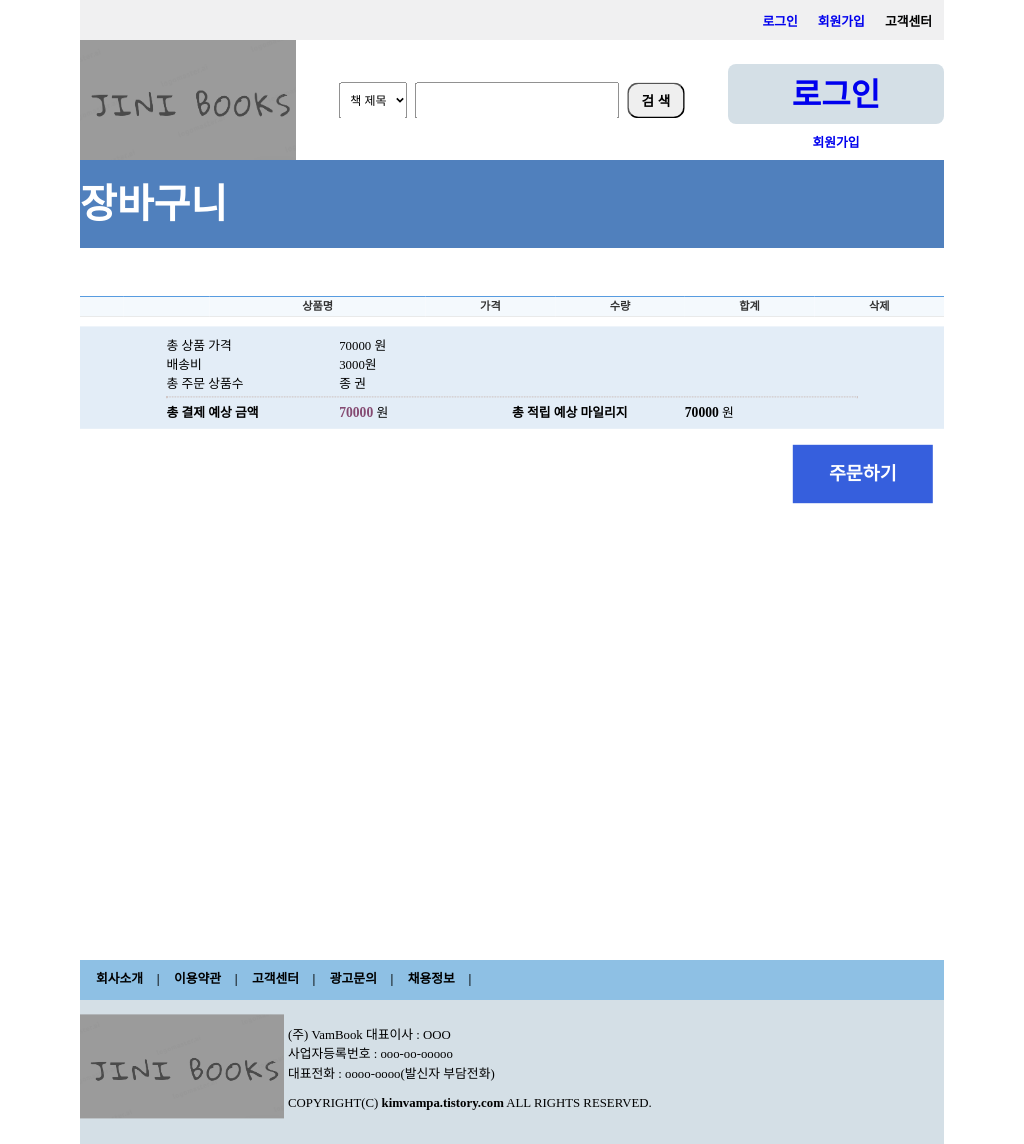
Repository: leechanjin7/ShoppingMall
Page: http://localhost/ShoppingMall/WEB-INF/views/cart.jsp
These files come from the project's save history. The page is drawn as it stood at one moment and after the next save; the edit follows.
The browser window is 1280 px wide. The pictures show the whole page, at 80% of full size.
The page is served by Tomcat 9. Nobody is signed in. Other server files are loaded and not shown. The template is opened directly, without the code that normally fills it, so the values that code supplies are empty.

Above is the page before, as saved 2023-09-12 05:53:15.
Console error: SyntaxError: Unexpected end of input

### workspace/ShoppingMall/src/main/webapp/WEB-INF/views/cart.jsp
<%@ page language="java" contentType="text/html; charset=UTF-8"
	pageEncoding="UTF-8"%>
<%@ taglib uri="http://java.sun.com/jsp/jstl/core" prefix="c"%>
<%@ taglib prefix="fmt" uri="http://java.sun.com/jsp/jstl/fmt"%>
<!DOCTYPE html>
<html>
<head>
<meta charset="UTF-8">
<title>Welcome BookMall</title>
<link rel="stylesheet" href="/resources/css/cart.css">
<script src="https://code.jquery.com/jquery-3.4.1.js"
	integrity="sha256-WpOohJOqMqqyKL9FccASB9O0KwACQJpFTUBLTYOVvVU="
	crossorigin="anonymous"></script>
</head>
<body>

	<div class="wrapper">
		<div class="wrap">
			<div class="top_gnb_area">
				<ul class="list">
					<c:if test="${member == null}">
						<!-- 로그인 x -->
						<li><a href="/member/login">로그인</a></li>
						<li><a href="/member/join">회원가입</a></li>
					</c:if>
					<c:if test="${member != null }">
						<!-- 로그인 o -->
						<c:if test="${member.adminCk == 1 }">
							<!-- 관리자 계정 -->
							<li><a href="/admin/main">관리자 페이지</a></li>
						</c:if>
						<li><a id="gnb_logout_button">로그아웃</a></li>
						<li>마이룸</li>
						<li><a href="/cart/${member.memberId}">장바구니</a></li>
					</c:if>
					<li>고객센터</li>
				</ul>
			</div>
			<div class="top_area">
				<!-- 로고영역 -->
				<div class="logo_area">
					<a href="/main"><img src="/resources/img/mLogo.png"></a>
				</div>
				<div class="search_area">
					<div class="search_wrap">
						<form id="searchForm" action="/search" method="get">
							<div class="search_input">
								<select name="type">
									<option value="T">책 제목</option>
									<option value="A">작가</option>
								</select> <input type="text" name="keyword"
									value="<c:out value="${pageMaker.cri.keyword}"/>">
								<button class='btn search_btn'>검 색</button>
							</div>
						</form>
					</div>
				</div>
				<div class="login_area">

					<!-- 로그인 하지 않은 상태 -->
					<c:if test="${member == null }">
						<div class="login_button">
							<a href="/member/login">로그인</a>
						</div>
						<span><a href="/member/join">회원가입</a></span>
					</c:if>

					<!-- 로그인한 상태 -->
					<c:if test="${ member != null }">
						<div class="login_success_area">
							<span>회원 : ${member.memberName}</span> <span>충전금액 : <fmt:formatNumber
									value="${member.money }" pattern="\#,###.##" /></span> <span>포인트
								: <fmt:formatNumber value="${member.point }" pattern="#,###" />
							</span> <a href="/member/logout.do">로그아웃</a>
						</div>
					</c:if>

				</div>
				<div class="clearfix"></div>
			</div>
			<div class="content_area">


				<div class="content_subject"><span>장바구니</span></div>
				<!-- 장바구니 리스트 -->
				<div class="content_middle_section"></div>
				<!-- 장바구니 가격 합계 -->
				<!-- cartInfo -->
				<div class="content_totalCount_section">

					<table class="subject_table">
						<caption>표 제목 부분</caption>
						<tbody>

							<tr>
								<th class="td_width_1"></th>
								<th class="td_width_2"></th>
								<th class="td_width_3">상품명</th>
								<th class="td_width_4">가격</th>
								<th class="td_width_4">수량</th>
								<th class="td_width_4">합계</th>
								<th class="td_width_4">삭제</th>
							</tr>
						</tbody>
					</table>
					<table class="cart_table">
						<caption>표 내용 부분</caption>
						<tbody>
							<c:forEach items="${cartInfo}" var="ci">
								<tr>
									<td class="td_width_1 cart_info_td">
										<input type="hidden" class="individual_bookPrice_input" value="${ci.bookPrice}">
										<input type="hidden" class="individual_salePrice_input" value="${ci.salePrice}">
										<input type="hidden" class="individual_bookCount_input" value="${ci.bookCount}">
										<input type="hidden" class="individual_totalPrice_input" value="${ci.salePrice * ci.bookCount}">
										<input type="hidden" class="individual_point_input" value="${ci.point}">
										<input type="hidden" class="individual_totalPoint_input" value="${ci.totalPoint}">
									</td>
									<td class="td_width_2"></td>
									<td class="td_width_3">${ci.bookName}</td>
									<td class="td_width_4 price_td">
										<del>정가 : <fmt:formatNumber value="${ci.bookPrice}" pattern="#,### 원" /></del><br>
										판매가 : <span class="red_color"><fmt:formatNumber value="${ci.salePrice}" pattern="#,### 원" /></span><br>
										마일리지 : <span class="green_color"><fmt:formatNumber value="${ci.point}" pattern="#,###" /></span>
									</td>
									<td class="td_width_4 table_text_align_center">
										<div class="table_text_align_center quantity_div">
											<input type="text" value="${ci.bookCount}" class="quantity_input">
											<button class="quantity_btn plus_btn">+</button>
											<button class="quantity_btn minus_btn">-</button>
										</div>
										<a class="quantity_modify_btn">변경</a>
									</td>
									<td class="td_width_4 table_text_align_center">
										<fmt:formatNumber value="${ci.salePrice * ci.bookCount}" pattern="#,### 원" />
									</td>
									<td class="td_width_4 table_text_align_center delete_btn"><button>삭제</button></td>
								</tr>
							</c:forEach>
						</tbody>
					</table>
					<table class="list_table">
					</table>
				</div>
				<!-- 가격 종합 -->
				<div class="content_total_section">
					<div class="total_wrap">
						<table>
							<tr>
								<td>
									<table>
										<tr>
											<td>총 상품 가격</td>
											<td>
												<span class="totalPrice_span">70000</span> 원
											</td>
										</tr>
										<tr>
											<td>배송비</td>
											<td>
												<span class="delivery_price">3000</span>원
											</td>
										</tr>
										<tr>
											<td>총 주문 상품수</td>
											<td><span class="totalKind_span"></span>종 <span class="totalCount_span"></span>권</td>
										</tr>
									</table>
								</td>
								<td>
									<table>
										<tr>
											<td></td>
											<td></td>
										</tr>
									</table>
								</td>
							</tr>
						</table>
						<div class="boundary_div">구분선</div>
						<table>
							<tr>
								<td>
									<table>
										<tbody>
											<tr>
												<td>
													<strong>총 결제 예상 금액</strong>
												</td>
												<td>
													<span class="finalTotalPrice_span">70000</span> 원
												</td>
											</tr>
										</tbody>
									</table>
								</td>
								<td>
									<table>
										<tbody>
											<tr>
												<td>
													<strong>총 적립 예상 마일리지</strong>

												</td>
												<td>
													<span class="totalPoint_span">70000</span> 원
												</td>
											</tr>
										</tbody>
									</table>
								</td>
							</tr>
						</table>
					</div>
				</div>
				<!-- 구매 버튼 영역 -->
				<div class="content_btn_section">
					<a>주문하기</a>
				</div>


			</div>

			<!-- Footer 영역 -->
			<div class="footer_nav">
				<div class="footer_nav_container">
					<ul>
						<li>회사소개</li>
						<span class="line">|</span>
						<li>이용약관</li>
						<span class="line">|</span>
						<li>고객센터</li>
						<span class="line">|</span>
						<li>광고문의</li>
						<span class="line">|</span>
						<li>채용정보</li>
						<span class="line">|</span>
					</ul>
				</div>
			</div>
			<!-- class="footer_nav" -->

			<div class="footer">
				<div class="footer_container">

					<div class="footer_left">
						<img src="/resources/img/Logo.png">
					</div>
					<div class="footer_right">
						(주) VamBook 대표이사 : OOO <br> 사업자등록번호 : ooo-oo-ooooo <br>
						대표전화 : oooo-oooo(발신자 부담전화) <br> <br> COPYRIGHT(C) <strong>kimvampa.tistory.com</strong>
						ALL RIGHTS RESERVED.
					</div>
					<div class="clearfix"></div>
				</div>
			</div>
			<!-- class="footer" -->

		</div>
		<!-- class="wrap" -->
	</div>
	<!-- class="wrapper" -->

	<script>

	$(document).ready(function(){
		let totalPrice = 0;				// 총 가격
		let totalCount = 0;				// 총 갯수
		let totalKind = 0;				// 총 종류
		let totalPoint = 0;				// 총 마일리지
		let deliveryPrice = 0;			// 배송비
		let finalTotalPrice = 0; 		// 최종 가격(총 가격 + 배송비)

		$(".cart_info_td").each(function(index, element){

			// 총 가격
			totalPrice += parseInt($(element).find(".individual_totalPrice_input").val());
			// 총 갯수
			totalCount += parseInt($(element).find(".individual_bookCount_input").val());
			// 총 종류
			totalKind += 1;
			// 총 마일리지
			totalPoint += parseInt($(element).find(".individual_totalPoint_input").val());
	});
		/* 배송비 결정 */
		if(totalPrice >= 30000){
			deliveryPrice = 0;
		} else if(totalPrice == 0){
			deliveryPrice = 0;
		} else {
			deliveryPrice = 3000;
		}

		/* 최종 가격 */
		finalTotalPrice = totalPrice + deliveryPrice;

		/* 값 삽입 */
		// 총 가격
		$(".totalPrice_span").text(totalPrice.toLocaleString());
		// 총 갯수
		$(".totalCount_span").text(totalCount);
		// 총 종류
		$(".totalKind_span").text(totalKind);
		// 총 마일리지
		$(".totalPoint_span").text(totalPoint.toLocaleString());
		// 배송비
		$(".delivery_price").text(deliveryPrice);
		// 최종 가격(총 가격 + 배송비)
		$(".finalTotalPrice_span").text(finalTotalPrice.toLocaleString());

	</script>

</body>
</html>

### workspace/ShoppingMall/src/main/webapp/resources/css/cart.css
@charset "UTF-8";

* {
	margin: 0;
	padding: 0;
}

a {
	text-decoration: none;
}
/* 화면 전체 렙 */
.wrapper {
	width: 100%;
}
/* content 랩 */
.wrap {
	width: 1080px;
	margin: auto;
}
/* 홈페이지 기능 네비 */
.top_gnb_area {
	width: 100%;
	height: 50px;
	background-color: #f0f0f1;
	position: relative;
}

.top_gnb_area .list {
	position: absolute;
	top: 0px;
	right: 0;
}

.top_gnb_area .list li {
	list-style: none;
	float: left;
	padding: 13px 15px 0 10px;
	font-weight: 900;
	cursor: pointer;
}
/* 로고, 검색, 로그인 */
.top_area {
	width: 100%;
	height: 150px;
	/* background-color: #f7f0b9; */
}
/* 로고 영역 */
.logo_area {
	width: 25%;
	height: 100%;
	float: left;
}

.logo_area img {
	width: 100%;
	height: 100%;
}

/* 검색 박스 영역 */
.search_area {
	width: 50%;
	height: 100%;
	float: left;
}

.search_wrap {
	width: 100%;
	height: 100%;
}

#searchForm {
	width: 100%;
	height: 100%;
	display: flex;
	justify-content: center;
	align-items: center;
}

.search_input {
	display: flex;
	height: 30%;
	width: 80%;
}

.search_input select {
	width: 20%;
	text-align: center;
	font-size: 15px;
}

.search_input input {
	margin-left: 10px;
	width: 57%;
	font-size: 18px;
	padding-left: 2%;
}

.search_btn {
	margin-left: 10px;
	width: 17%;
	border-radius: 14px;
	font-size: 17px;
	font-weight: 600;
}

/* 로그인 버튼 영역 */
.login_area {
	width: 25%;
	height: 100%;
	display: inline-block;
	text-align: center;
}

.login_button {
	height: 50%;
	background-color: #D4DFE6;
	margin-top: 30px;
	line-height: 77px;
	font-size: 40px;
	font-weight: 900;
	border-radius: 10px;
	cursor: pointer;
}

.login_area>span {
	margin-top: 10px;
	font-weight: 900;
	display: inline-block;
}

.login_button {
	height: 50%;
	background-color: #D4DFE6;
	margin-top: 30px;
}

/* 제품 목록 네비 */
.navi_bar_area {
	width: 100%;
	height: 70px;
	background-color: #7696fd;
}

/* 홈페이지 메인 제품 목록  */
.content_area {
	width: 100%;
	min-height: 1000px;
}

/* 로그인 성공 영역 */
.login_success_area {
	height: 62%;
	width: 80%;
	border: 2px solid #7474ad;
	border-radius: 15px;
	margin: 5% auto;
	padding-top: 5%;
}

.login_success_area>a {
	font-size: 15px;
	font-weight: 900;
	display: inline-block;
	margin-top: 5px;
	background: #e1e5e8;
	width: 82px;
	height: 22px;
	line-height: 22px;
	border-radius: 25px;
	color: #606267;
}

.login_success_area>span {
	display: block;
	text-align: left;
	margin-left: 10%;
}

/* 검색결과 없음 */
.table_empty {
	height: 50px;
	text-align: center;
	margin: 200px 0 215px 0px;
	font-size: 25px;
}

/* 필터정보 */
.search_filter {
	width: 85%;
	margin: auto;
	margin-top: 30px;
	margin-bottom: 50px;
}

.filter_button_wrap {
	width: 100%;
}

.filter_button_wrap button {
	width: 50%;
}

.filter_button {
	background-color: #04AA6D;
	border: 1px solid green;
	color: white;
	padding: 10px 24px;
	cursor: pointer;
	float: left;
}

.filter_button_wrap:after {
	content: "";
	clear: both;
	display: table;
}

.filter_button_wrap button:not(:last-child) {
	border-right: none;
}

.filter_button:hover {
	background-color: #3e8e41;
}

.filter_active {
	background-color: #045d3c;
}

.filter_content {
	padding: 20px 50px 20px 50px;
	border: 1px solid gray;
}

.filter_content a:not(:first-child) {
	margin-left: 10px;
}

.filter_a {
	display: block;
}

.filter_b {
	display: none;
}

table {
	border-collapse: collapse;
	width: 100%;
}

.table_text_align_center {
	text-align: center;
}

caption {
	visibility: hidden;
	width: 0;
	height: 0;
	font-size: 0;
	line-height: 0;
	overflow: hidden;
}

.content_subject {
	height: 110px;
	line-height: 110px;
	background-color: #5080bd;
	margin-bottom: 60px;
}

.content_subject span {
	padding-left: 30 px;
	display: inline-block;
	color: white;
	font-size: 50px;
	font-weight: bolder;
}

.content_totalCount_section {
	margin-bottom: 12px;
}

.content_btn_section {
	margin-top: 20px;
	text-align: right;
}

.content_btn_section a {
	color: #fefeff;
	background-color: #365fdd;
	min-width: 125px;
	padding: 17px 25px;
	display: inline-block;
	height: 39px;
	font-size: 23px;
	font-weight: bold;
	text-align: center;
	margin-right: 14px;
	line-height: 39px;
}

.subject_table {
	font-size: 14px;
	line-height: 20px;
	width: 100%;
	text-align: center;
}

th {
	text-align: center;
	color: #333;
	border-bottom: 1px solid #e7e7e7;
	border-top: 1px solid #3084d9;
	background: #f4f9fd;
	padding: 2px 0;
}

.td_width_1 {
	width: 5%;
}

.td_width_2 {
	width: 10%;
}

.td_width_3 {
	width: 25%;
}

.td_width_4 {
	width: 15%;
}

.cart_table {
	font-size: 14px;
	line-height: 20px;
}

.cart_table tr {
	height: 110px;
}

.price_td {
	padding-left: 5px;
}

.red_color {
	color: red;
}

.green_color {
	color: green;
}

.cart_table td {
	border-bottom: 1px solid #e7e7e7;
}

.quantity_div {
	position: relative;
	width: 42px;
	height: 25px;
	text-align: left;
	margin: 5px auto;
}

.quantity_input {
	position: absolute;
	width: 27px;
	height: 23px;
	text-align: center;
	border: 1px solid #c6c6c6;
	border-right: 0px;
	line-height: 19px;
	font-size: 12px;
	color: #4c4848;
	left: 0;
}

.quantity_btn {
	position: absolute;
	border: 1px solid #aaa;
	color: #3a60df;
	width: 14px;
	height: 13px;
	padding: 0px;
	background-color: #fff;
	font-weight: bold;
	font-size: 7px;
	line-height: 6px;
	vertical-align: middle;
}

.plus_btn {
	top: 0;
	right: 0
}

.minus_btn {
	bottom: 0;
	right: 0
}

.quantity_modify_btn {
	border: 1px solid #d0d0d0;
	height: 13px;
	line-height: 13px;
	background-color: #fff;
	text-align: center;
	width: 28px;
	display: inline-block;
	padding: 3px 6px 2px;
	margin-top: 3px;
}

.table_text_align_center {
	text-align: center;
}

.delete_btn {
	width: 40px;
}

.content_total_section {
	background-color: rgb(227, 237, 247);
}

.total_wrap {
	width: 80%;
	margin: auto;
	padding: 10px 0 10px 0;
}

.total_wrap td {
	width: 50%;
}

.finalTotalPrice_span {
	color: #854A72;
	font-size: 17px;
	font-weight: bold;
}

.totalPoint_span {
	font-size: 17px;
	font-weight: bold;
}

.boundary_div {
	font-size: 0;
	border: 1px dotted #d1c7c7;
	margin: 5px 0 5px 0;
}

.input_size_20 {
	width: 20px;
	height: 20px;
}

.all_check_input {
	margin: 18px 0 18px 18px;
}

.all_chcek_span {
	padding-left: 8px;
	font-size: 20px;
	font-weight: bold;
}

/* 이미지 */
.image_wrap {
	width: 100%;
	height: 100%;
}

.image_wrap img {
	max-width: 85%;
	height: auto;
	display: block;
}

/* footer navai 영역 */
.footer_nav {
	width: 100%;
	height: 50px;
}

.footer_nav_container {
	width: 100%;
	height: 100%;
	background-color: #8EC0E4;
}

.footer_nav_container>ul {
	font-weight: bold;
	float: left;
	list-style: none;
	position: relative;
	padding-top: 10px;
	line-height: 27px;
	font-family: dotum;
	margin-left: 10px;
}

.footer_nav_container>ul>li {
	display: inline;
	width: 45px;
	height: 19px;
	padding: 10px 9px 0 10px;
}

.footer_nav_container>ul>span {
	margin: 0 4px;
}
/* footer 영역 */
.footer {
	width: 100%;
	height: 130px;
	background-color: #D4DFE6;
	padding-bottom: 50px;
}

.footer_container {
	width: 100%;
	height: 100%;
	margin: auto;
}

.footer_left>img {
	width: 150%;
	height: 130px;
	margin-left: -20px;
	margin-top: -12px;
}

.footer_left {
	float: left;
	width: 170px;
	margin-left: 20px;
	margin-top: 30px;
}

.footer_right {
	float: left;
	width: 680px;
	margin-left: 70px;
	margin-top: 30px;
}

/* float 속성 해제 */
.clearfix {
	clear: both;
}

After the next save:
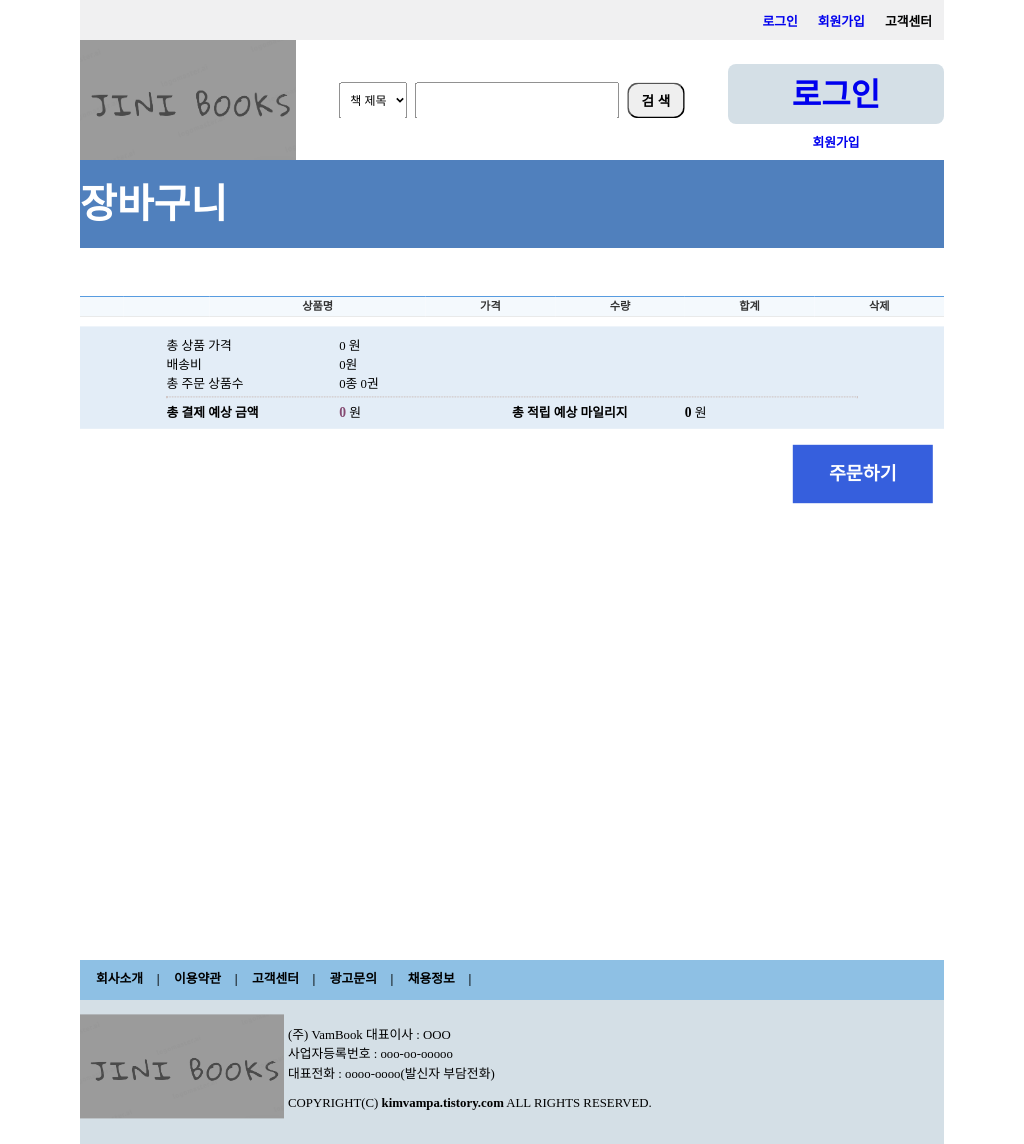
The error is gone.
Saved 83 s later.
--- a/workspace/ShoppingMall/src/main/webapp/WEB-INF/views/cart.jsp
+++ b/workspace/ShoppingMall/src/main/webapp/WEB-INF/views/cart.jsp
@@ -262,51 +262,52 @@
 	<!-- class="wrapper" -->
 
 	<script>
-
-	$(document).ready(function(){
-		let totalPrice = 0;				// 총 가격
-		let totalCount = 0;				// 총 갯수
-		let totalKind = 0;				// 총 종류
-		let totalPoint = 0;				// 총 마일리지
-		let deliveryPrice = 0;			// 배송비
-		let finalTotalPrice = 0; 		// 최종 가격(총 가격 + 배송비)
-
-		$(".cart_info_td").each(function(index, element){
-
-			// 총 가격
-			totalPrice += parseInt($(element).find(".individual_totalPrice_input").val());
-			// 총 갯수
-			totalCount += parseInt($(element).find(".individual_bookCount_input").val());
-			// 총 종류
-			totalKind += 1;
-			// 총 마일리지
-			totalPoint += parseInt($(element).find(".individual_totalPoint_input").val());
+	/* 종합 정보 섹션 정보 삽입 */
+	let totalPrice = 0;				// 총 가격
+	let totalCount = 0;				// 총 갯수
+	let totalKind = 0;				// 총 종류
+	let totalPoint = 0;				// 총 마일리지
+	let deliveryPrice = 0;			// 배송비
+	let finalTotalPrice = 0; 		// 최종 가격(총 가격 + 배송비)
+
+	$(".cart_info_td").each(function(index, element){
+
+		// 총 가격
+		totalPrice += parseInt($(element).find(".individual_totalPrice_input").val());
+		// 총 갯수
+		totalCount += parseInt($(element).find(".individual_bookCount_input").val());
+		// 총 종류
+		totalKind += 1;
+		// 총 마일리지
+		totalPoint += parseInt($(element).find(".individual_totalPoint_input").val());
+
 	});
-		/* 배송비 결정 */
-		if(totalPrice >= 30000){
-			deliveryPrice = 0;
-		} else if(totalPrice == 0){
-			deliveryPrice = 0;
-		} else {
-			deliveryPrice = 3000;
-		}
-
-		/* 최종 가격 */
-		finalTotalPrice = totalPrice + deliveryPrice;
-
-		/* 값 삽입 */
-		// 총 가격
-		$(".totalPrice_span").text(totalPrice.toLocaleString());
-		// 총 갯수
-		$(".totalCount_span").text(totalCount);
-		// 총 종류
-		$(".totalKind_span").text(totalKind);
-		// 총 마일리지
-		$(".totalPoint_span").text(totalPoint.toLocaleString());
-		// 배송비
-		$(".delivery_price").text(deliveryPrice);
-		// 최종 가격(총 가격 + 배송비)
-		$(".finalTotalPrice_span").text(finalTotalPrice.toLocaleString());
+
+	/* 배송비 결정 */
+	if(totalPrice >= 30000){
+		deliveryPrice = 0;
+	} else if(totalPrice == 0){
+		deliveryPrice = 0;
+	} else {
+		deliveryPrice = 3000;
+	}
+
+	/* 최종 가격 */
+	finalTotalPrice = totalPrice + deliveryPrice;
+
+	/* 값 삽입 */
+	// 총 가격
+	$(".totalPrice_span").text(totalPrice.toLocaleString());
+	// 총 갯수
+	$(".totalCount_span").text(totalCount);
+	// 총 종류
+	$(".totalKind_span").text(totalKind);
+	// 총 마일리지
+	$(".totalPoint_span").text(totalPoint.toLocaleString());
+	// 배송비
+	$(".delivery_price").text(deliveryPrice);
+	// 최종 가격(총 가격 + 배송비)
+	$(".finalTotalPrice_span").text(finalTotalPrice.toLocaleString());
 
 	</script>
 
